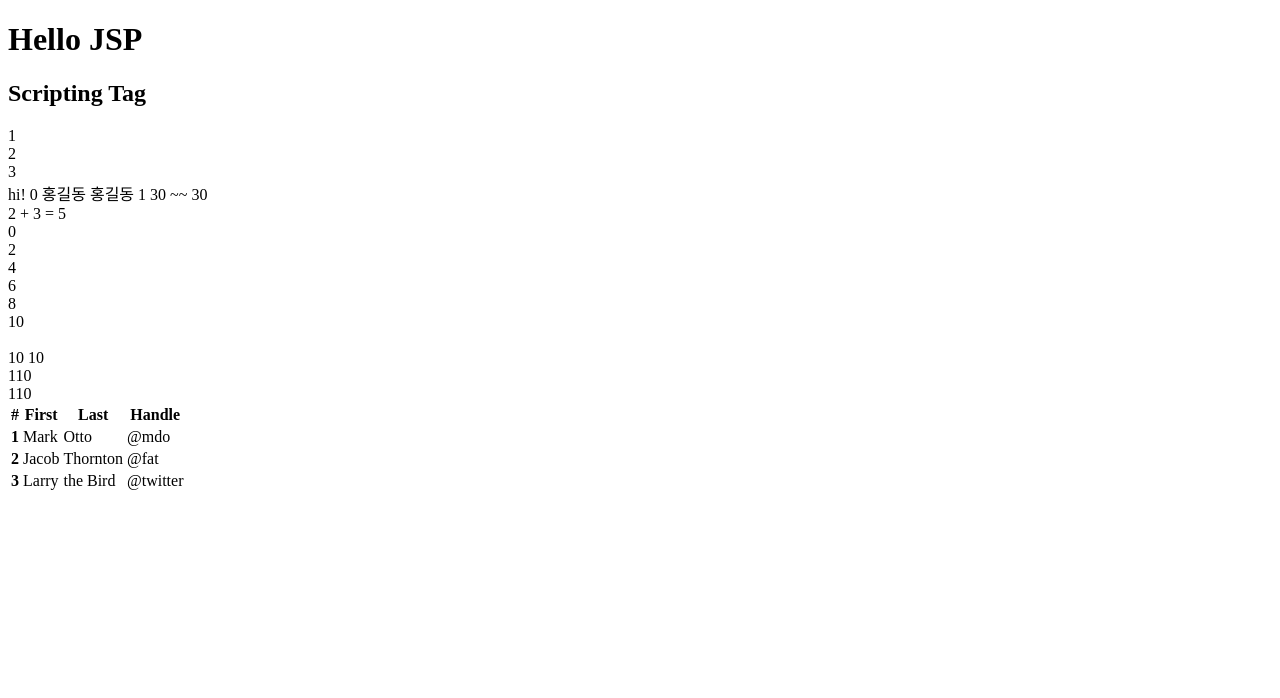
Repository: mi-ci/ai
Page: http://localhost/jsp01/ch01/b01.jsp
These files come from the project's save history. The page is drawn as it stood at one moment and after the next save; the edit follows.
The browser window is 1280 px wide. The pictures show the whole page.
The page is served by Tomcat 9.

Above is the page before, as saved 2024-01-16 08:22:32.

After the next save:
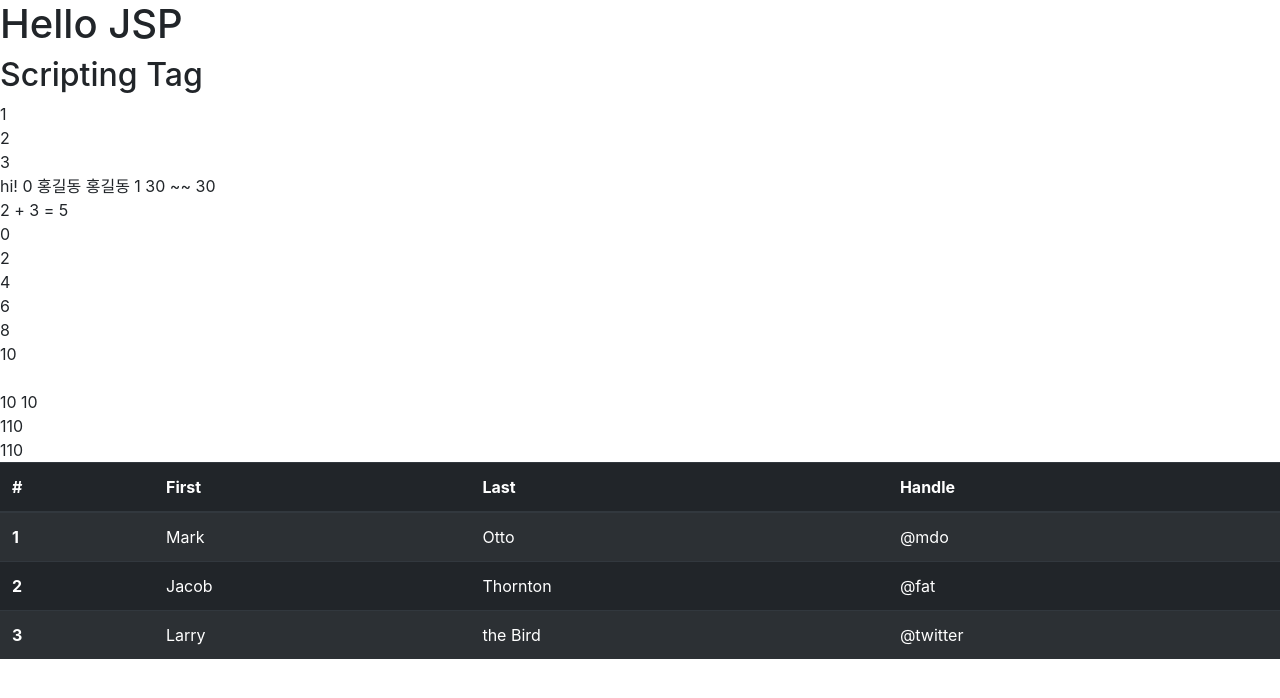
Saved 20 s later.
--- a/jsp01/src/main/webapp/ch01/b01.jsp
+++ b/jsp01/src/main/webapp/ch01/b01.jsp
@@ -5,6 +5,7 @@
 <head>
 <meta charset="UTF-8">
 <title>하하하하</title>
+<link rel="stylesheet" href="https://cdn.jsdelivr.net/npm/bootstrap@4.0.0/dist/css/bootstrap.min.css" integrity="sha384-Gn5384xqQ1aoWXA+058RXPxPg6fy4IWvTNh0E263XmFcJlSAwiGgFAW/dAiS6JXm" crossorigin="anonymous">
 </head>
 <body>
 	<h1>Hello JSP</h1>
